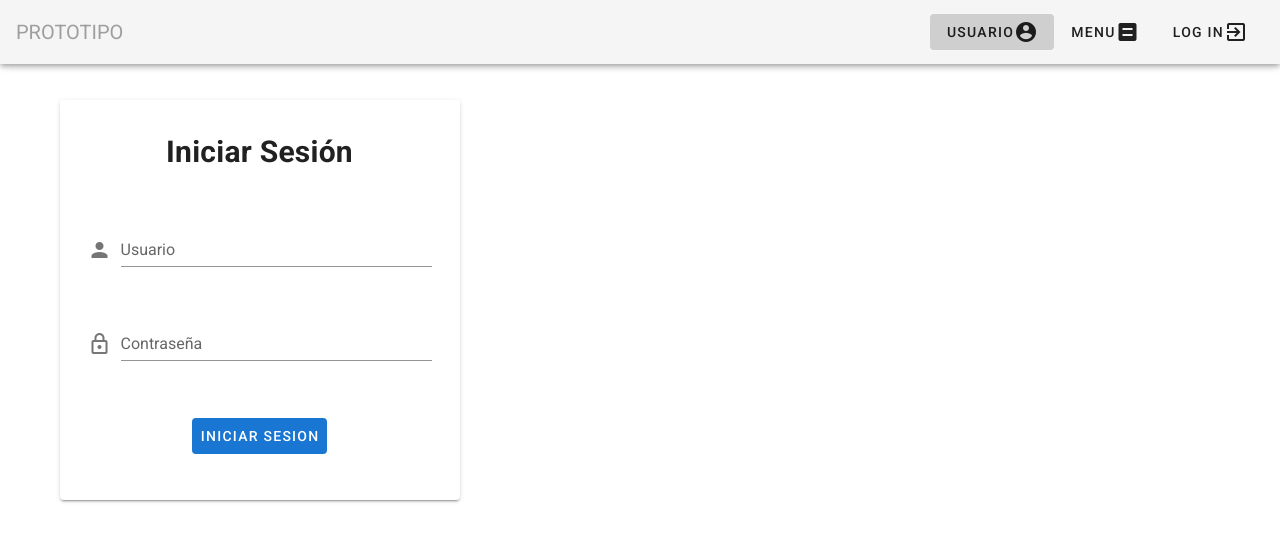
Repository: YojayDeHorta/Administrador-con-filtros
Page: /
These files come from the project's save history. The page is drawn as it stood at one moment and after the next save; the edit follows.
The browser window is 1280 px wide. The pictures show the whole page.
The project was rebuilt for these pictures with package versions that can differ from the ones it lists, and the page was loaded fresh each time. Also part of the build but not shown: vue.config.js, src/views/Options.vue, src/components/Filtro.vue, src/components/CrudClientes.vue, src/views/Filter.vue.

Above is the page before, as saved 2021-09-25 17:03:01.

After the next save:
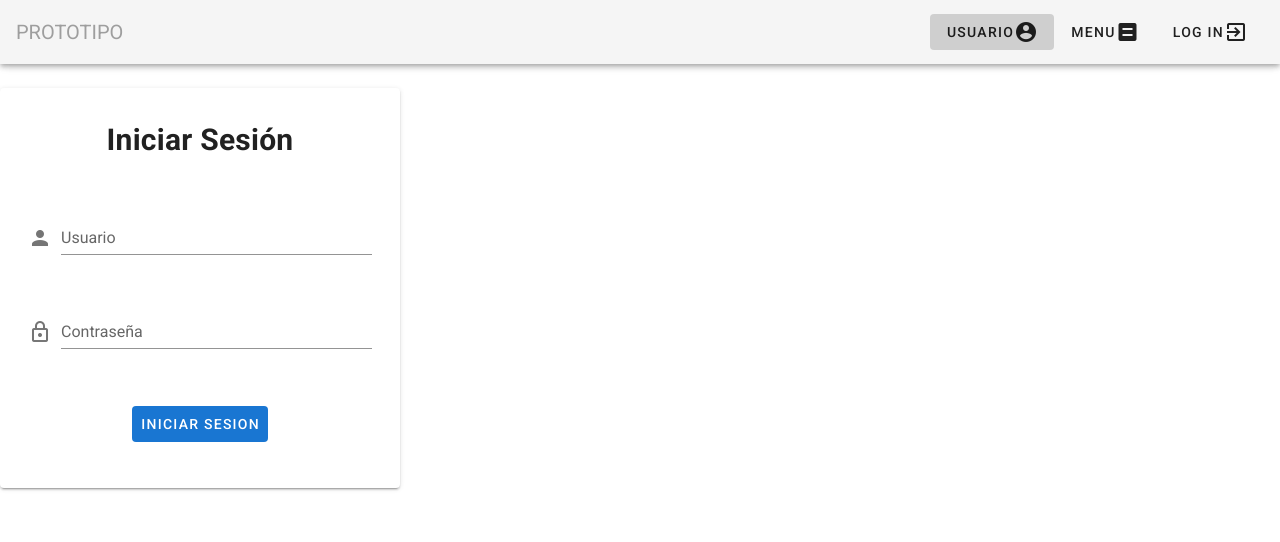
Saved 14 s later.
--- a/src/views/Login.vue
+++ b/src/views/Login.vue
@@ -1,5 +1,5 @@
 <template>
-    <v-container>
+    <div>
         <v-card height="400px" style="width: 400px">
             <v-form class="text-center" @submit.prevent="submitAdmin">
                 <v-card-title class="title d-flex justify-center" align="center">
@@ -28,7 +28,7 @@
                 </v-card-actions>
             </v-form>
         </v-card>
-    </v-container>
+    </div>
 </template>
 <script>
     export default {
